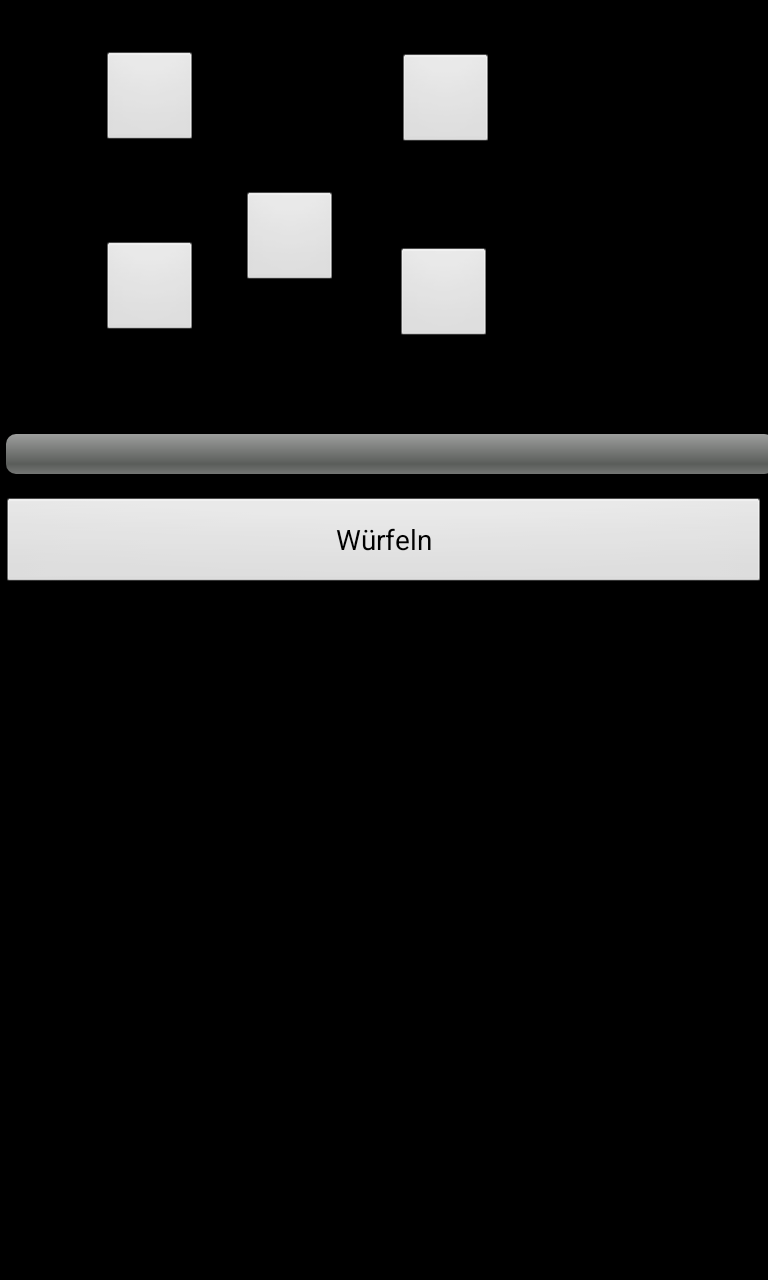
Repository: Lemkerene/App
Layout: kniffel/res/layout/wurfel.xml
The author's editor kept a copy of each file at every save. The layout is drawn from the files as they stood at one save, then again after the next save.
It is drawn on a 768 x 1280 px phone screen (xhdpi) without system bars, with theme android:Theme; the app's code is not run.

Above is the layout before, as saved 2012-08-05 11:28:57.

After the next save:
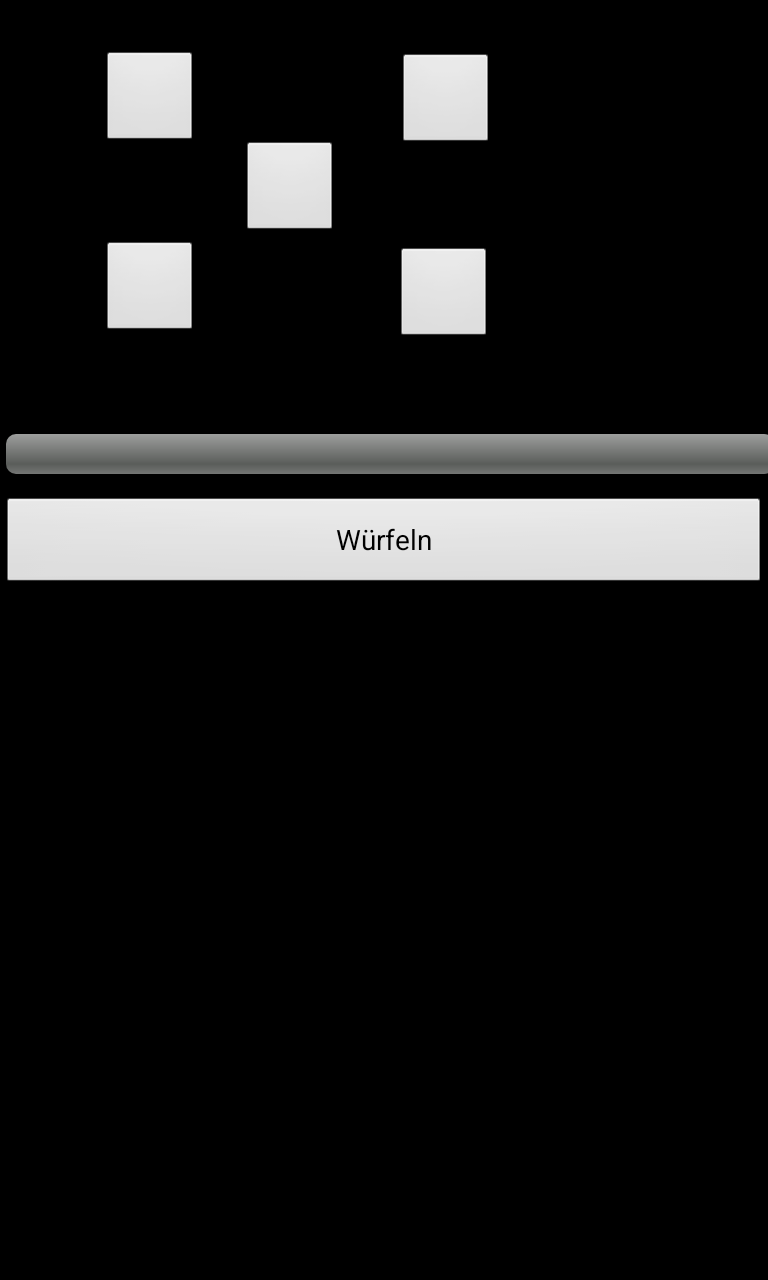
Saved 13 s later.
--- a/kniffel/res/layout/wurfel.xml
+++ b/kniffel/res/layout/wurfel.xml
@@ -27,7 +27,7 @@
         android:layout_width="50"
         android:layout_height="50"
         android:layout_x="120dp"
-        android:layout_y="95dp"
+        android:layout_y="70dp"
         android:onClick="OnClickSperr" />
 
     <Button
